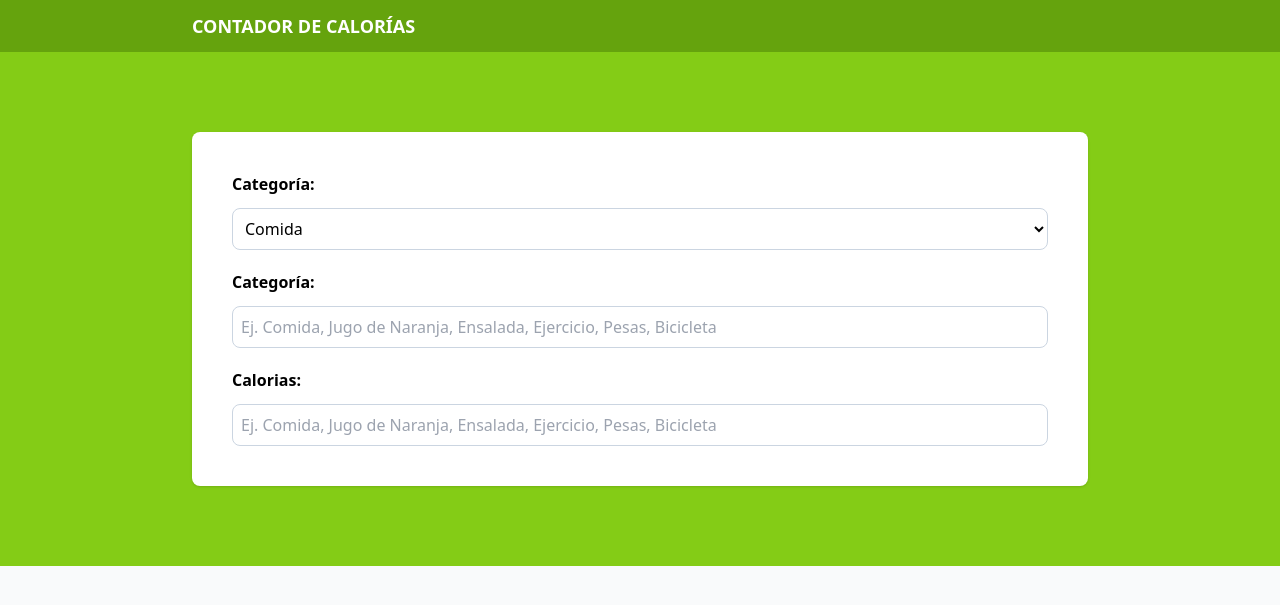
Repository: Samuel-Leal96/contador-calorias-react
Page: /
The author's editor kept a copy of each file at every save. The page is drawn from the files as they stood at one save, then again after the next save.
The browser window is 1280 px wide. The pictures show the whole page.
The project was rebuilt for these pictures with package versions that can differ from the ones it lists, and the page was loaded fresh each time. Also part of the build but not shown: vite.config.ts.

Above is the page before, as saved 2025-10-25 16:00:11.

### index.html
<!doctype html>
<html lang="en">
  <head>
    <meta charset="UTF-8" />
    <link rel="icon" type="image/svg+xml" href="/vite.svg" />
    <meta name="viewport" content="width=device-width, initial-scale=1.0" />
    <title>Contador de calorias - React y typescript</title>
  </head>
  <body class="bg-gray-50">
    <div id="root"></div>
    <script type="module" src="/src/main.tsx"></script>
  </body>
</html>

### src/App.tsx
import Form from "./components/Form"


function App() {

  return (
    <>
      <header className="bg-lime-600 py-3">
        <div className="max-w-4xl mx-auto flex justify-between">
          <h1 className="text-center text-lg font-bold text-white uppercase">
            Contador de calorías
          </h1>
        </div>
      </header>


      <section className="bg-lime-500 py-20 px-5">
        <div className="max-w-4xl mx-auto">
          <Form/>
        </div>
      </section>
    </>
  )
}

export default App

### src/components/Form.tsx
import { categories } from "../data/categories"

export default function
  () {
  return (
    <div>
      <form
        className="space-y-5 bg-white shadow p-10 rounded-lg"
      >
        <div className="grid grid-cols-1 gap-3" >

          <label htmlFor="category" className="font-bold">Categoría:</label>

          <select
            className="border border-slate-300 p-2 rounded-lg w-full bg-white"
            id="category"
          >
            {categories.map(category => (
              <option
                key={category.id}
                value={category.id}
              >
                {category.name}
              </option>
            ))}
          </select>

        </div>

        <div className="grid grid-cols-1 gap-3" >
          <label htmlFor="activity" className="font-bold">Categoría:</label>

          <input
            id="activity"
            type="text"
            className="border border-slate-300 p-2 rounded-lg"
            placeholder="Ej. Comida, Jugo de Naranja, Ensalada, Ejercicio, Pesas, Bicicleta"
          >
          </input>

        </div>

        <div className="grid grid-cols-1 gap-3" >
          <label htmlFor="calories" className="font-bold">Calorias:</label>

          <input
            id="calories"
            type="number"
            className="border border-slate-300 p-2 rounded-lg"
            placeholder="Ej. Comida, Jugo de Naranja, Ensalada, Ejercicio, Pesas, Bicicleta"
          >
          </input>

        </div>


      </form>
    </div>
  )
}

### src/data/categories.tsx
import type { Category } from "../types"

export const categories : Category[] = [
    { id: 1, name: 'Comida' },
    { id: 2, name: 'Ejercicio' }
]

Loaded but not shown: src/main.tsx (common file); src/index.css (common file); tailwind.config.js (common file)

After the next save:
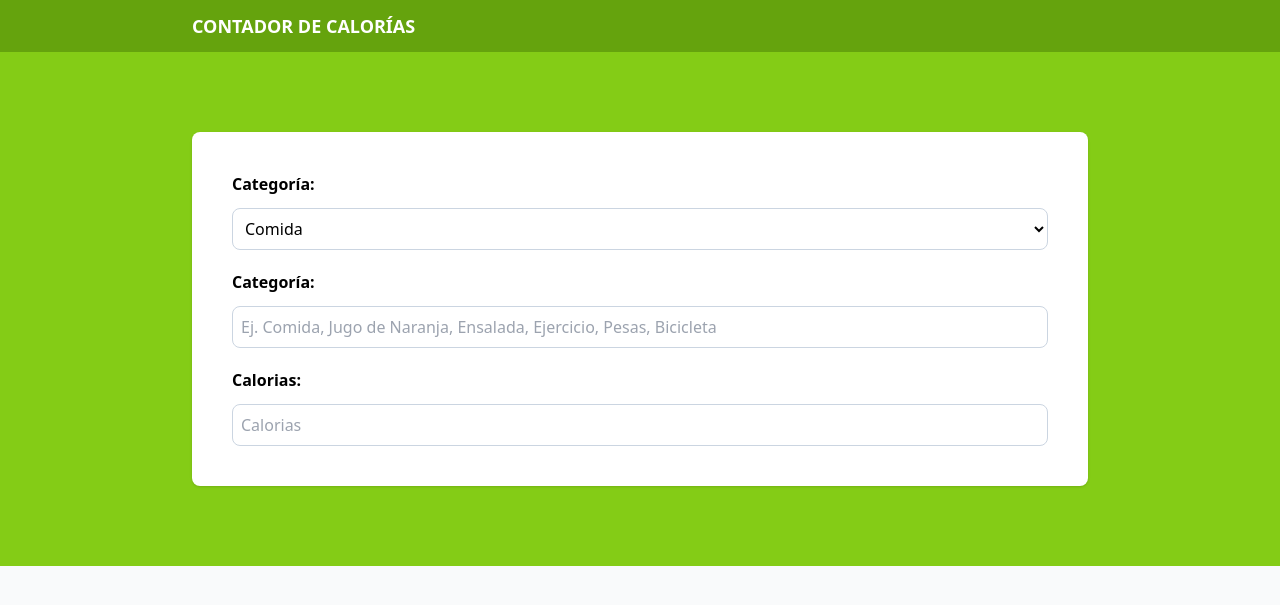
Saved 7 s later.
--- a/src/components/Form.tsx
+++ b/src/components/Form.tsx
@@ -47,7 +47,7 @@ export default function
             id="calories"
             type="number"
             className="border border-slate-300 p-2 rounded-lg"
-            placeholder="Ej. Comida, Jugo de Naranja, Ensalada, Ejercicio, Pesas, Bicicleta"
+            placeholder="Calorias"
           >
           </input>
 
